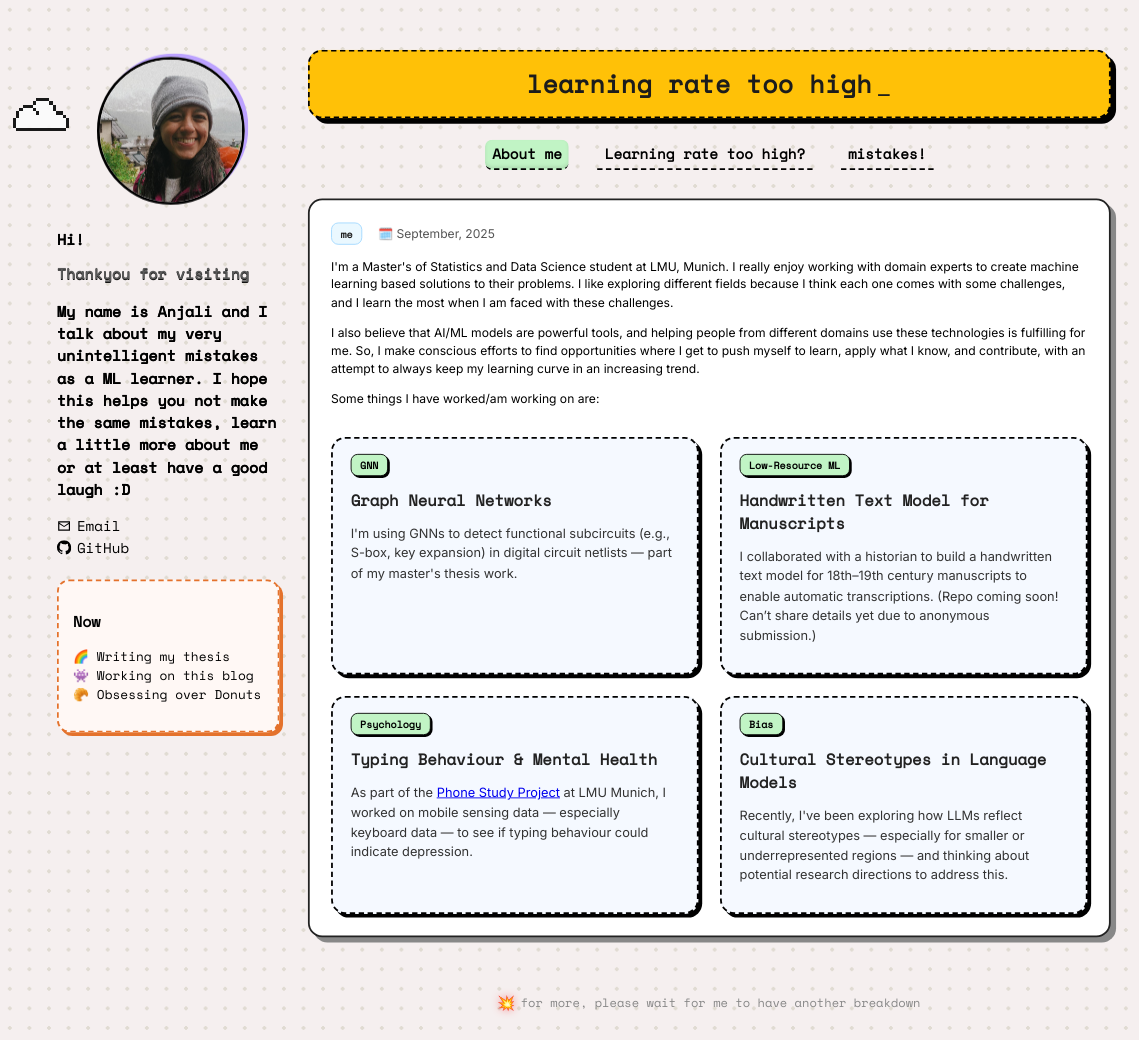
Repository: anjalisarawgi/learning_rate_too_high
Page: index.html
These files come from the project's save history. The page is drawn as it stood at one moment and after the next save; the edit follows.
The browser window is 1280 px wide. The pictures show the whole page, at 89% of full size.

Above is the page before, as saved 2025-11-03 18:38:49.

After the next save:
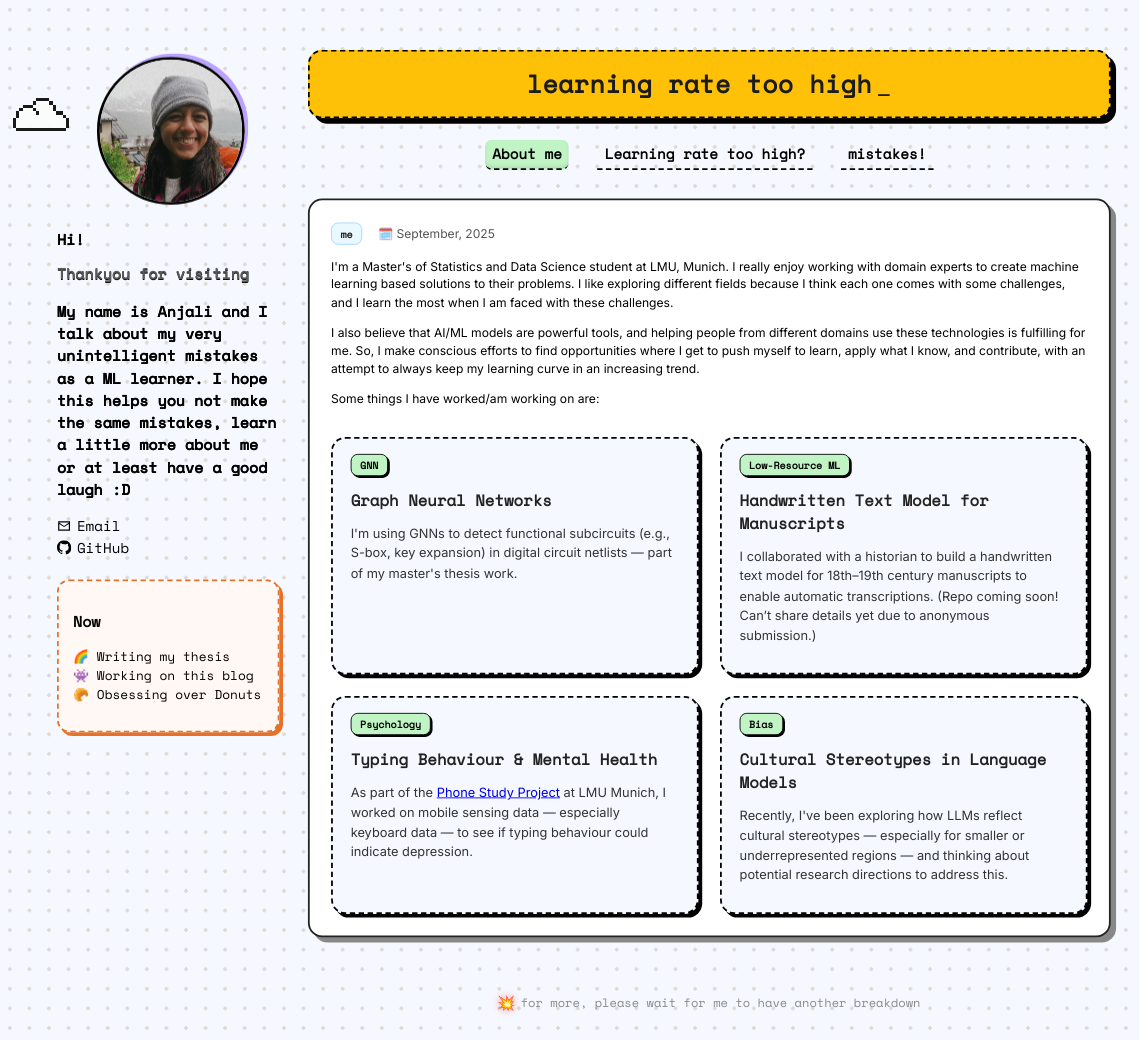
Saved 17 s later.
--- a/index.html
+++ b/index.html
@@ -14,7 +14,7 @@
   <style>
     body {
       font-family: 'Space Mono', monospace;
-      background-color: #f5efef;
+      background-color: #F5F9FF;
       margin: 0;
       padding: 2rem;
       /* background-image: radial-gradient(#ebe9e9 2px, transparent 1px); */

After the save that followed:
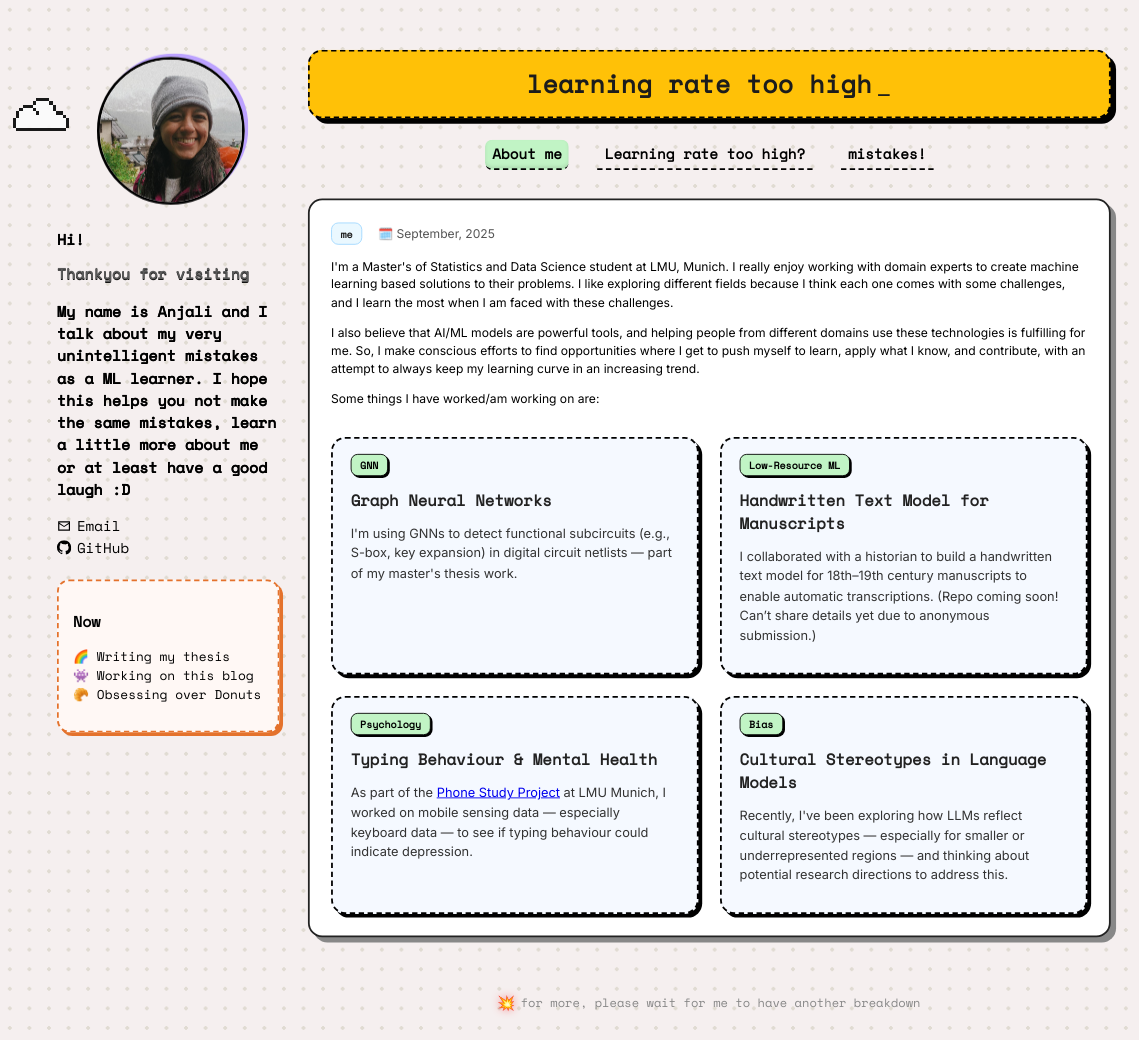
Saved 8 s later.
--- a/index.html
+++ b/index.html
@@ -14,7 +14,7 @@
   <style>
     body {
       font-family: 'Space Mono', monospace;
-      background-color: #F5F9FF;
+      background-color: #f5efef;
       margin: 0;
       padding: 2rem;
       /* background-image: radial-gradient(#ebe9e9 2px, transparent 1px); */
